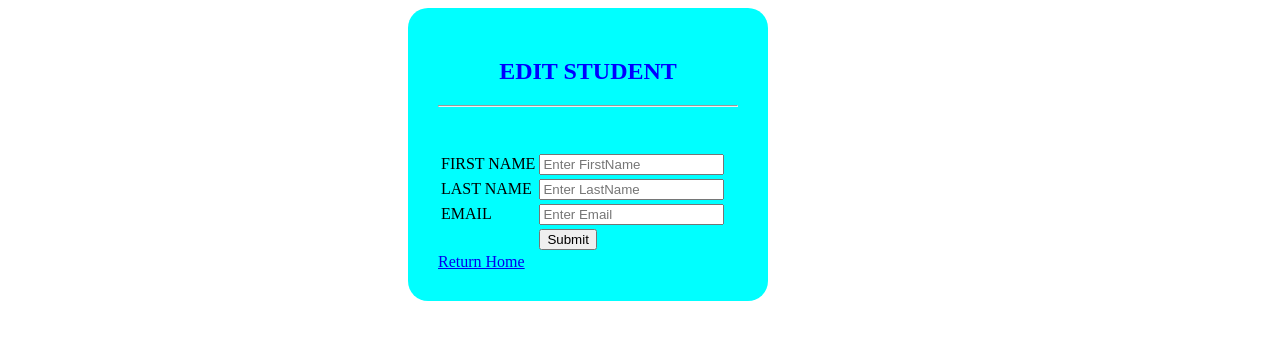
Repository: Catalyst-OTU/Java_Works
Page: http://localhost/Student-MVC/edit-Student-form.jsp
An editor plug-in stored every save of this project. The page is shown before and after the next save, followed by the edit.
The browser window is 1280 px wide. The pictures show the whole page.
The page is served by Tomcat 9. Other server files are loaded and not shown.

Above is the page before, as saved 2021-02-02 19:42:56.

### Student-MVC/WebContent/edit-Student-form.jsp
<%@ page language="java" contentType="text/html; charset=ISO-8859-1"
    pageEncoding="ISO-8859-1"%>
<!DOCTYPE html>
<html>
<head>


	    <style>
        .conatiners{
                  margin-left: 400px;
                  margin-top: 10x;
                  background-color: aqua;
                  border-radius: 20px;
                  width: 300px;
                  padding: 30px;
                }
                h2{color: blue; text-align: center; cursor: pointer;}
                h2:hover{color: black;}
    </style>

<meta charset="ISO-8859-1">
<title>Edit Student</title>
</head>
<body>

<div class="conatiners">

<h2>EDIT STUDENT</h2>
 <hr>
 <br/> <br/>

<form action="home" method="post">

<input type="hidden" name="from" value="editStudent" />
<input type="hidden" name="student_id" value="${param.student_id}" />

<table class="formtable">

<tbody>
	<tr>
		<td class="label"> <label> FIRST NAME </label> </td>
		<td> <input class="control-form" type="text" name="firstName" value="${param.firstName}" placeholder="Enter FirstName" required/> </td>
	</tr>

	<tr>
		<td class="label"> <label> LAST NAME </label> </td>
		<td> <input class="control-form" type="text" name="lastName" value="${param.lastName}" placeholder="Enter LastName" required/> </td>
	</tr>

	<tr>
		<td class="label"> <label> EMAIL </label> </td>
		<td> <input class="control-form" type="email" name="email" value="${param.email}" placeholder="Enter Email" required/> </td>
	</tr>

	<tr>
		<td> <label></label> </td>
		<td> <input type="submit" value="Submit" /> </td>
	</tr>

</tbody>
</table>

</form>

<a href="index.jsp"> Return Home </a>

</div>
</body>
</html>

After the next save:
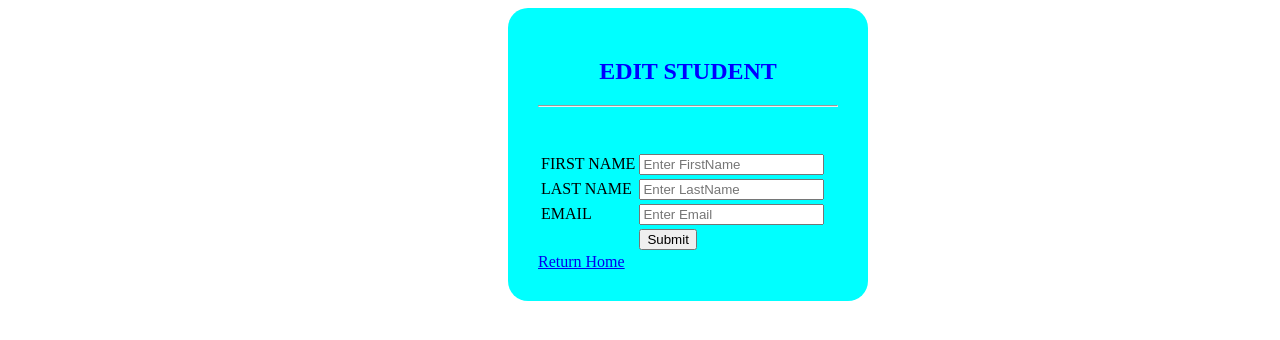
Saved 14 s later.
--- a/Student-MVC/WebContent/edit-Student-form.jsp
+++ b/Student-MVC/WebContent/edit-Student-form.jsp
@@ -7,7 +7,7 @@
 
 	    <style>
         .conatiners{
-                  margin-left: 400px;
+                  margin-left: 500px;
                   margin-top: 10x;
                   background-color: aqua;
                   border-radius: 20px;
